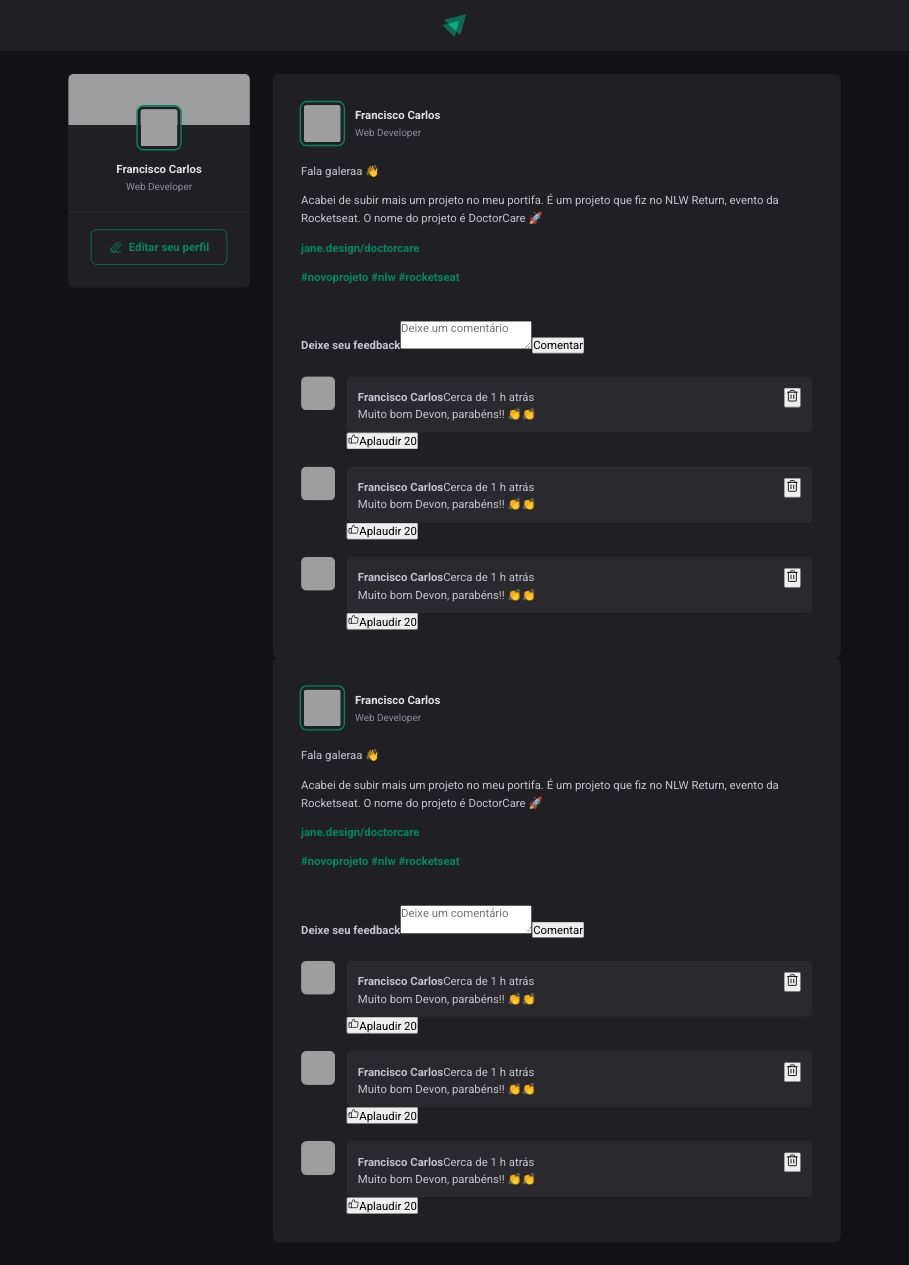
Repository: ch1coon/AulasRocketseat
Page: / (app in Ignite/aulas/01-fundamentos-reactjs/)
These files come from the project's save history. The page is drawn as it stood at one moment and after the next save; the edit follows.
The browser window is 1280 px wide. The pictures show the whole page, at 71% of full size.
Pictures or frames that could not be fetched are drawn as grey boxes. The project was rebuilt for these pictures with package versions that can differ from the ones it lists, and the page was loaded fresh each time. Also part of the build but not shown: Ignite/aulas/01-fundamentos-reactjs/vite.config.js.

Above is the page before, as saved 2023-08-12 08:34:37.

### Ignite/aulas/01-fundamentos-reactjs/index.html
<!DOCTYPE html>
<html lang="en">
  <head>
    <meta charset="UTF-8" />
    <link rel="preconnect" href="https://fonts.googleapis.com" />
    <link rel="preconnect" href="https://fonts.gstatic.com" crossorigin />

    <link rel="icon" type="image/svg+xml" href="/vite.svg" />
    <meta name="viewport" content="width=device-width, initial-scale=1.0" />

    <link
      href="https://fonts.googleapis.com/css2?family=Roboto:wght@400;700&display=swap"
      rel="stylesheet"
    />
    <title>Vite + React</title>
  </head>
  <body>
    <div id="root"></div>
    <script type="module" src="/src/main.jsx"></script>
  </body>
</html>

### Ignite/aulas/01-fundamentos-reactjs/src/App.jsx
import { Post } from "./components/Post";
import { Header } from "./components/Header";
import { Sidebar } from "./components/Sidebar";

import styles from "./App.module.css";

import "./global.css";

export function App() {
  return (
    <div>
      <Header />

      <div className={styles.wrapper}>
        <Sidebar/>
        <main>
          <Post
            author="Diego Fernandes"
            content="Lorem ipsum dolor sit amet consectetur adipisicing elit. Rerum dolorem fuga odio voluptas voluptate rem dolores earum culpa, voluptatibus id nisi, qui, quae tempore quas facilis numquam blanditiis modi autem."
          />
          <Post
            author="Gabriel Guzzi"
            content="Lorem ipsum dolor sit amet consectetur adipisicing elit. Rerum dolorem fuga odio voluptas voluptate rem dolores earum culpa, voluptatibus id nisi, qui, quae tempore quas facilis numquam blanditiis modi autem."
          />
        </main>
      </div>
    </div>
  );
}

### Ignite/aulas/01-fundamentos-reactjs/src/components/Post.jsx
import { Comment } from "./Comment";
import styles from "./Post.module.css";

export function Post() {
  return (
    <article className={styles.post}>
      <header>
        <div className={styles.author}>
          <img className={styles.avatar} src="https://github.com/ch1coon.png" />
          <div className={styles.authorInfo}>
            <strong>Francisco Carlos</strong>
            <span>Web Developer</span>
          </div>
        </div>

        <time title="11 de Maio às 08:51" dateTime="2023-07-26 08:49:38"></time>
      </header>

      <div className={styles.content}>
        <p>Fala galeraa 👋</p>

        <p>
          Acabei de subir mais um projeto no meu portifa. É um projeto que fiz
          no NLW Return, evento da Rocketseat. O nome do projeto é DoctorCare 🚀
        </p>

        <p>
          <a href="">jane.design/doctorcare</a>
        </p>

        <p>
          <a href="">#novoprojeto</a> <a href="">#nlw</a>{" "}
          <a href="">#rocketseat</a>{" "}
        </p>
      </div>

      <form className={styles.commentForm}>
        <strong>Deixe seu feedback</strong>
        <textarea placeholder="Deixe um comentário" />

        <button type="submit">Comentar</button>
      </form>

      <div className={styles.commentList}>
        <Comment />
        <Comment />
        <Comment />
      </div>
    </article>
  );
}

### Ignite/aulas/01-fundamentos-reactjs/src/components/Header.jsx
import styles from "./Header.module.css";

import igniteLogo from '../assets/Ignite-logo.svg';

export function Header() {
  return (
    <header className={styles.header}>
      <img src={igniteLogo} alt="Logotipo do Ignite" />
    </header>
  );
}

### Ignite/aulas/01-fundamentos-reactjs/src/components/Sidebar.jsx
import { PencilLine } from "phosphor-react";

import styles from "./Sidebar.module.css";

export function Sidebar() {
  return (
    <aside className={styles.sidebar}>
      <img
        className={styles.cover}
        src="https://images.unsplash.com/photo-1571757767119-68b8dbed8c97?ixlib=rb-4.0.3&ixid=M3wxMjA3fDB8MHxwaG90by1wYWdlfHx8fGVufDB8fHx8fA%3D%3D&auto=format&fit=crop&w=500&q=50"
      />
      <div className={styles.profile}>
        <img className={styles.avatar} src="https://github.com/ch1coon.png" />
        <strong> Francisco Carlos</strong>
        <span>Web Developer</span>
      </div>

      <footer>
        <a href="#">
          <PencilLine size={20}/>
          Editar seu perfil
        </a>
      </footer>
    </aside>
  );
}

### Ignite/aulas/01-fundamentos-reactjs/src/App.module.css
.wrapper {
    max-width: 70rem;
    margin: 2rem auto;
    padding: 0 1rem;

    display: grid;
    grid-template-columns: 256px 1fr;
    gap: 2rem;
    align-items: flex-start;

}

### Ignite/aulas/01-fundamentos-reactjs/src/global.css
:root {
    --white: #fff;
    --gray-100: #e1e1e6;
    --gray-300: #c4c4cc;
    --gray-400: #8d8d99;
    --gray-600: #323238;
    --gray-700: #29292e;
    --gray-800: #202024;
    --gray-900: #121214;

    --green-300: #00837E;
    --green-500: #00875f;

}

* {
    margin: 0;
    padding: 0;
    box-sizing: border-box;
}

body {
     background: var(--gray-900);
     color: var(--gray-300);
     -webkit-font-smoothing:antialiased;
}

body, input, textarea, button {
    font-family: 'Roboto', sans-serif;
    font-weight: 400;
    font-size: 1rem;
}

### Ignite/aulas/01-fundamentos-reactjs/src/components/Comment.jsx
import styles from "./Comment.module.css";
import { ThumbsUp, Trash } from "phosphor-react";

export function Comment() {
  return (
    <div className={styles.comment}>
      <img src="https://github.com/ch1coon.png" />

      <div className={styles.commentBox}>
        <div className={styles.commentContent}>
          <header>
            <div className={styles.authorAndTime}>
              <strong>Francisco Carlos</strong>
              <time title="11 de Maio às 08:51" dateTime="2023-07-26 08:49:38">
                Cerca de 1 h atrás
              </time>
            </div>
            <button title="Deletar comentário">
              <Trash size={20} />
            </button>
          </header>

          <p>Muito bom Devon, parabéns!! 👏👏</p>
        </div>
        <footer>
          <button>
            <ThumbsUp />
            Aplaudir <span>20</span>
          </button>
        </footer>
      </div>
    </div>
  );
}

### Ignite/aulas/01-fundamentos-reactjs/src/components/Post.module.css
.post {
  background: var(--gray-800);
  border-radius: 8px;
  padding: 2.5rem;
}

.post + post {
  margin-top: 2rem;
}

.content {
  line-height: 1.6;
  color: var(--gray-300);
  margin-top: 1.5rem;
}

.content p {
  margin-top: 1rem;
}

.content a {
  font-weight: bold;
  color: var(--green-500);
  text-decoration: none;
}

.content a:hover {
  color: var(--green-300);
}

.post > header {
  display: flex;
  align-items: center;
  justify-content: space-between;
}

.post > header time {
  font-size: 0.875rem;
  color: var(--gray-400);
}

.author {
  display: flex;
  align-items: center;
  gap: 1rem;
}

.author img {
  width: calc(3rem + 12px);
  height: calc(3rem + 12px);
  border-radius: 8px;
  border: 4px solid var(--gray-800);
  outline: 2px solid var(--green-500);
}

.authorInfo strong {
  display: block;
  color: var(--gray-100);
  line-height: 1.6;
}

.authorInfo span {
  display: block;
  font-size: 0.875rem;
  color: var(--gray-400);
  line-height: 1.6;
}

.commentForm {
  width: 100%;
  margin-top: 1.5rem;
  padding-top: 1.5rem;
  border-top: 1.5rem;
}

.commentList {
  margin-top: 2rem;
}

### Ignite/aulas/01-fundamentos-reactjs/src/components/Header.module.css
.header {
  background: var(--gray-800);
  display: flex;
  justify-content: center;
  padding: 1.25rem 0 ;
}

.header img {
    height: 2rem;
}

### Ignite/aulas/01-fundamentos-reactjs/src/components/Sidebar.module.css
.sidebar {
  background: var(--gray-800);
  border-radius: 8px;
  overflow: hidden;
}

.cover {
  width: 100%;
  height: 72px;
  object-fit: cover;
}

.profile {
  display: flex;
  flex-direction: column;
  align-items: center;

  margin-top: calc(0px - 1.5rem - 6px);
}

.avatar {
    width: calc(3rem + 12px);
    height: calc(3rem + 12px);
    border-radius: 8px;
    border: 4px solid var(--gray-800);
    outline: 2px solid var(--green-500);
}

.profile strong {
    margin-top: 1rem;
    color: var(--gray-100);
    line-height: 1.6;
}

.profile span {
    font-size: 0.875rem;
    color: var(--gray-400);
    line-height: 1.6;
}

.sidebar footer {
  border-top: 1px solid var(--gray-600);
  margin-top: 1.5rem;
  padding: 1.5rem 2rem 2rem;
}

.sidebar footer a {
  background: transparent;
  color: var(--green-500);
  border: 1px solid var(--green-500);
  border-radius: 8px;
  height: 50px;
  padding: 0 1.5rem;
  font-weight: bold;
  display: block;
  text-decoration: none;
  display: flex;
  align-items: center;
  justify-content: center;

  gap: 0.5rem;

  transition: color 0.1s, background-color 0.1s;
}

.sidebar footer a:Hover {
    background: var(--green-500);
    color: var(--white);
}

### Ignite/aulas/01-fundamentos-reactjs/src/components/Comment.module.css
.comment {
  margin-top: 1.5rem;
  display: flex;
  gap: 1rem;
}

.comment > img {
  width: 3rem;
  height: 3rem;
  border-radius: 8px;
}

.commentBox {
  flex: 1;
}

.commentContent {
  background: var(--gray-700);
  border-radius: 8px;
  padding: 1rem;
}

.commentContent header {
  display: flex;
  align-items: center;
  justify-content: space-between;
}

Loaded but not shown: Ignite/aulas/01-fundamentos-reactjs/src/main.jsx (common file)

After the next save:
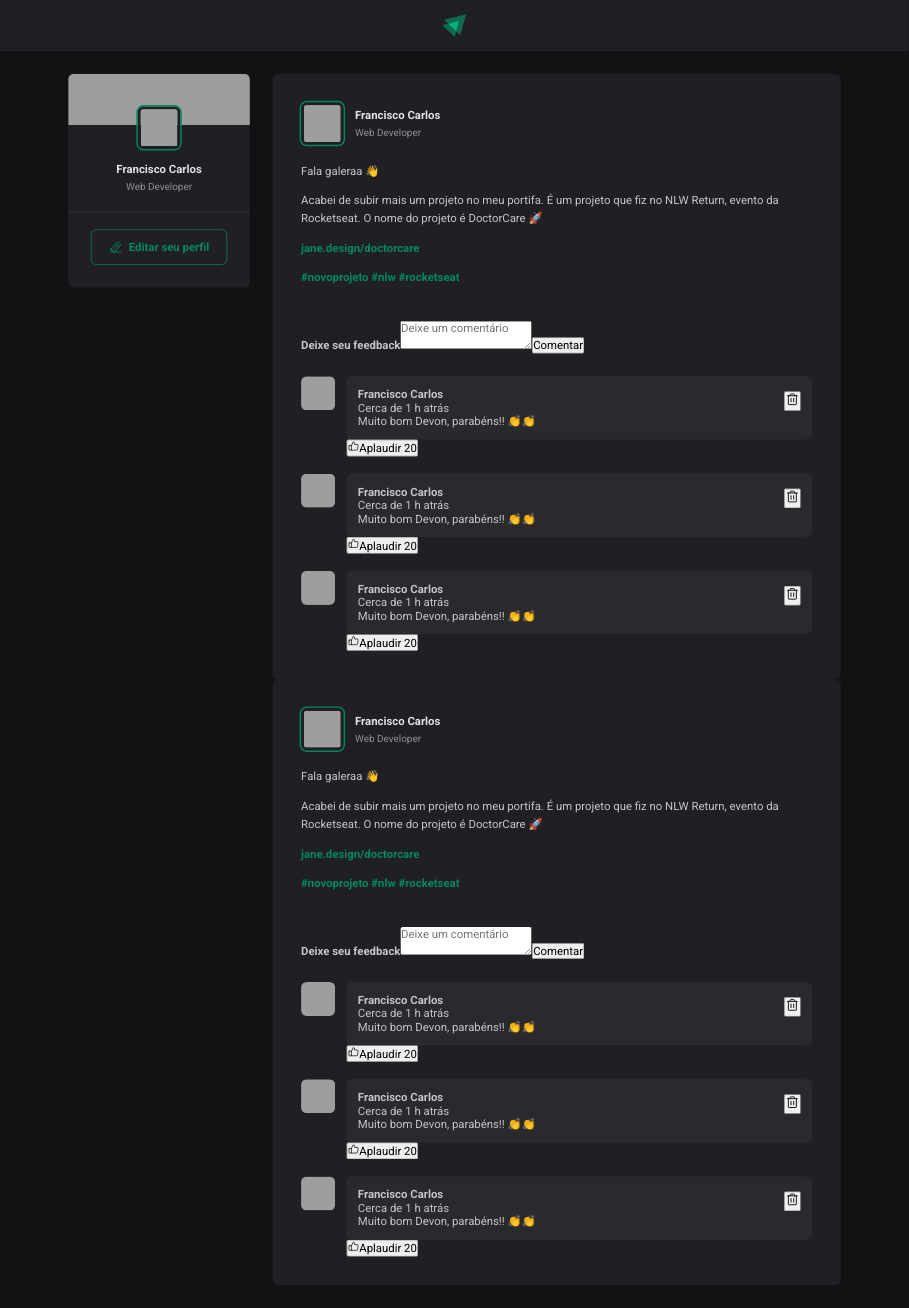
Saved 41 s later.
--- a/Ignite/aulas/01-fundamentos-reactjs/src/components/Comment.module.css
+++ b/Ignite/aulas/01-fundamentos-reactjs/src/components/Comment.module.css
@@ -25,3 +25,8 @@
   align-items: center;
   justify-content: space-between;
 }
+
+.authorAndTime {
+  display: flex;
+  flex-direction: column;
+}
